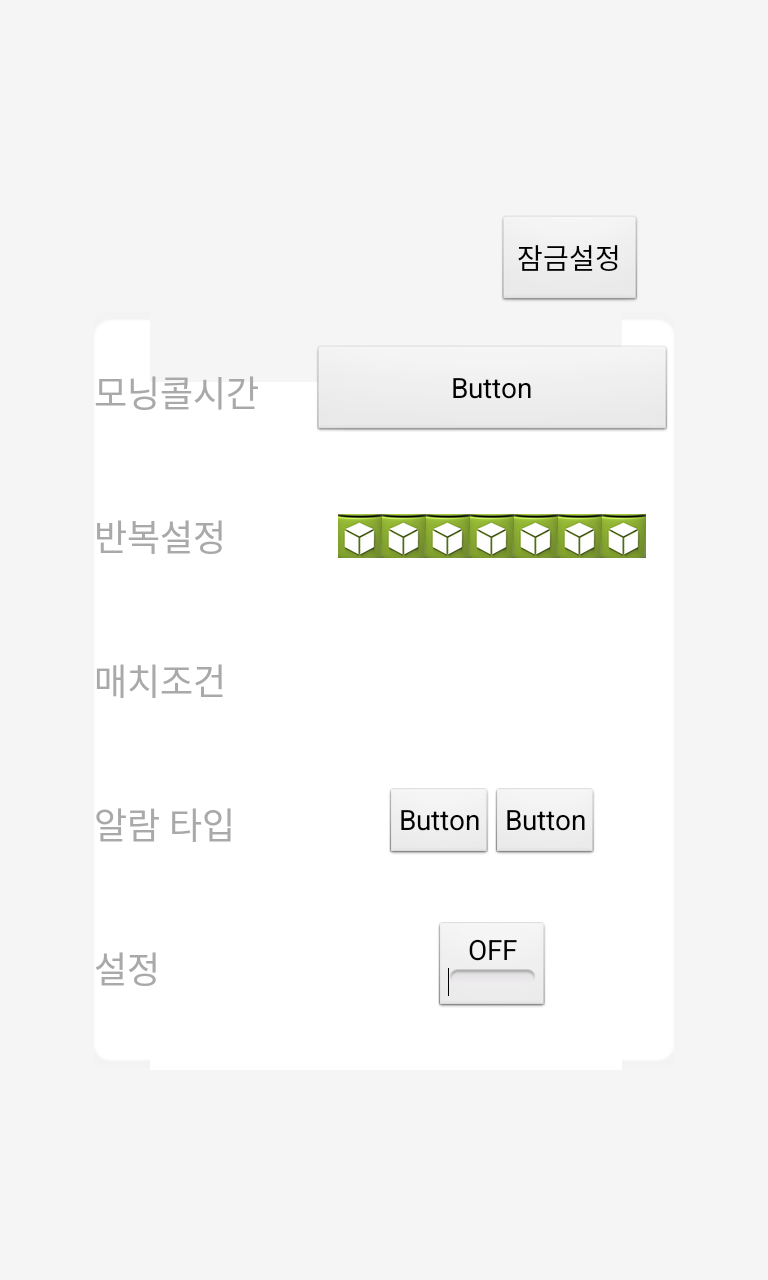
Repository: blacky512/smart_morning_call
Layout: client/SmartMorningCall/res/layout/randomcall_frag.xml
These files come from the project's save history. The layout is drawn as it stood at one moment and after the next save; the edit follows.
It is drawn on a 768 x 1280 px phone screen (xhdpi) without system bars, with theme android:Theme.NoTitleBar; the app's code is not run.

Above is the layout before, as saved 2013-02-19 11:37:00.

### client/SmartMorningCall/res/layout/randomcall_frag.xml
<RelativeLayout xmlns:android="http://schemas.android.com/apk/res/android"
    xmlns:tools="http://schemas.android.com/tools"
    android:layout_width="match_parent"
    android:layout_height="match_parent"
    android:background="#f5f5f5"
    tools:context=".RandomCallActivity" >

    <LinearLayout
        android:layout_width="310dp"
        android:layout_height="wrap_content"
        android:layout_centerInParent="true"
        android:layout_marginTop="26dp"
        android:orientation="vertical"
        android:padding="10dp">

        <RelativeLayout
            android:id="@+id/RelativeLayout1"
            android:layout_width="260dp"
            android:layout_height="50dp"
            android:layout_gravity="center_horizontal" >

            <Button
                android:id="@+id/button1"
                android:layout_width="wrap_content"
                android:layout_height="wrap_content"
                android:layout_alignParentBottom="true"
                android:layout_alignParentRight="true"
                android:text="잠금설정" />

        </RelativeLayout>

        <FrameLayout
            android:id="@+id/rcall_1"
            android:layout_width="300dp"
            android:layout_height="380dp"
            android:layout_gravity="center_horizontal"
            android:background="@drawable/te"
            android:padding="5dp" >

            <LinearLayout
                android:layout_width="match_parent"
                android:layout_height="360dp"
                android:orientation="vertical"
                android:padding="0dp" >

                <LinearLayout
                    android:layout_width="match_parent"
                    android:layout_height="0dp"
                    android:layout_weight="1" >

                    <TextView
                        android:id="@+id/textView1"
                        android:layout_width="0dp"
                        android:layout_height="wrap_content"
                        android:layout_gravity="center_vertical"
                        android:layout_weight="0.6"
                        android:text="모닝콜시간"
                        android:textAppearance="?android:attr/textAppearanceMedium"
                        android:textColor="#a9a9a9" />

                    <RelativeLayout
                        android:layout_width="0dp"
                        android:layout_height="wrap_content"
                        android:layout_gravity="center_vertical"
                        android:layout_weight="1" >

                        <Button
                            android:id="@+id/btn_settime"
                            android:layout_width="match_parent"
                            android:layout_height="wrap_content"
                            android:layout_centerHorizontal="true"
                            android:layout_weight="1"
                            android:text="Button" />
                    </RelativeLayout>
                </LinearLayout>

                <LinearLayout
                    android:layout_width="match_parent"
                    android:layout_height="0dp"
                    android:layout_weight="1" >

                    <TextView
                        android:id="@+id/textView2"
                        android:layout_width="0dp"
                        android:layout_height="wrap_content"
                        android:layout_gravity="center_vertical"
                        android:layout_weight="0.6"
                        android:text="반복설정"
                        android:textAppearance="?android:attr/textAppearanceMedium"
                        android:textColor="#a9a9a9" />

                    <RelativeLayout
                        android:id="@+id/RelativeLayout1"
                        android:layout_width="0dp"
                        android:layout_height="match_parent"
                        android:layout_gravity="center_vertical"
                        android:layout_weight="1" >

                        <LinearLayout
                            android:layout_width="wrap_content"
                            android:layout_height="wrap_content"
                            android:layout_centerInParent="true" >

                            <ImageButton
                                android:id="@+id/btn_mon"
                                android:layout_width="22dp"
                                android:layout_height="22dp"
                                android:src="@drawable/ic_launcher" />

                            <ImageButton
                                android:id="@+id/btn_tue"
                                android:layout_width="22dp"
                                android:layout_height="22dp"
                                android:src="@drawable/ic_launcher" />

                            <ImageButton
                                android:id="@+id/btn_wed"
                                android:layout_width="22dp"
                                android:layout_height="22dp"
                                android:src="@drawable/ic_launcher" />

                            <ImageButton
                                android:id="@+id/btn_thu"
                                android:layout_width="22dp"
                                android:layout_height="22dp"
                                android:src="@drawable/ic_launcher" />

                            <ImageButton
                                android:id="@+id/btn_fri"
                                android:layout_width="22dp"
                                android:layout_height="22dp"
                                android:src="@drawable/ic_launcher" />

                            <ImageButton
                                android:id="@+id/btn_sat"
                                android:layout_width="22dp"
                                android:layout_height="22dp"
                                android:src="@drawable/ic_launcher" />

                            <ImageButton
                                android:id="@+id/btn_sun"
                                android:layout_width="22dp"
                                android:layout_height="22dp"
                                android:src="@drawable/ic_launcher" />
                        </LinearLayout>
                    </RelativeLayout>
                </LinearLayout>

                <LinearLayout
                    android:layout_width="match_parent"
                    android:layout_height="0dp"
                    android:layout_weight="1" >

                    <TextView
                        android:id="@+id/textView3"
                        android:layout_width="0dp"
                        android:layout_height="wrap_content"
                        android:layout_gravity="center_vertical"
                        android:layout_weight="0.6"
                        android:text="매치조건"
                        android:textAppearance="?android:attr/textAppearanceMedium"
                        android:textColor="#a9a9a9" />

                    <RelativeLayout
                        android:layout_width="0dp"
                        android:layout_height="match_parent"
                        android:layout_weight="1" >

                        <LinearLayout
                            android:layout_width="match_parent"
                            android:layout_height="match_parent"
                            android:layout_centerHorizontal="true"
                            android:layout_centerVertical="true" >
                        </LinearLayout>
                    </RelativeLayout>
                </LinearLayout>

                <LinearLayout
                    android:layout_width="match_parent"
                    android:layout_height="0dp"
                    android:layout_weight="1" >

                    <TextView
                        android:id="@+id/textView4"
                        android:layout_width="0dp"
                        android:layout_height="wrap_content"
                        android:layout_gravity="center_vertical"
                        android:layout_weight="0.6"
                        android:text="알람 타입"
                        android:textAppearance="?android:attr/textAppearanceMedium"
                        android:textColor="#a9a9a9" />

                    <RelativeLayout
                        android:layout_width="0dp"
                        android:layout_height="match_parent"
                        android:layout_weight="1"
                        android:gravity="center_horizontal" >

                        <LinearLayout
                            android:layout_width="wrap_content"
                            android:layout_height="wrap_content"
                            android:layout_centerInParent="true" >

                            <Button
                                android:id="@+id/button2"
                                style="?android:attr/buttonStyleSmall"
                                android:layout_width="wrap_content"
                                android:layout_height="wrap_content"
                                android:layout_gravity="center_horizontal"
                                android:text="Button" />

                            <Button
                                android:id="@+id/button3"
                                style="?android:attr/buttonStyleSmall"
                                android:layout_width="wrap_content"
                                android:layout_height="wrap_content"
                                android:layout_gravity="center_horizontal"
                                android:text="Button" />
                        </LinearLayout>

                    </RelativeLayout>
                </LinearLayout>

                <LinearLayout
                    android:layout_width="match_parent"
                    android:layout_height="0dp"
                    android:layout_weight="1" >

                    <TextView
                        android:id="@+id/textView5"
                        android:layout_width="0dp"
                        android:layout_height="wrap_content"
                        android:layout_gravity="center_vertical"
                        android:layout_weight="0.6"
                        android:text="설정"
                        android:textAppearance="?android:attr/textAppearanceMedium"
                        android:textColor="#a9a9a9" />

                    <RelativeLayout
                        android:layout_width="0dp"
                        android:layout_height="match_parent"
                        android:layout_weight="1" >

                        <RelativeLayout
                            android:id="@+id/RelativeLayout1"
                            android:layout_width="match_parent"
                            android:layout_height="match_parent"
                            android:layout_centerInParent="true" >

                            <ToggleButton
                                android:id="@+id/onoff"
                                android:layout_width="wrap_content"
                                android:layout_height="wrap_content"
                                android:layout_centerInParent="true"
                                android:text="ToggleButton" />

                        </RelativeLayout>
                    </RelativeLayout>
                </LinearLayout>
            </LinearLayout>
        </FrameLayout>
    </LinearLayout>

</RelativeLayout>

After the next save:
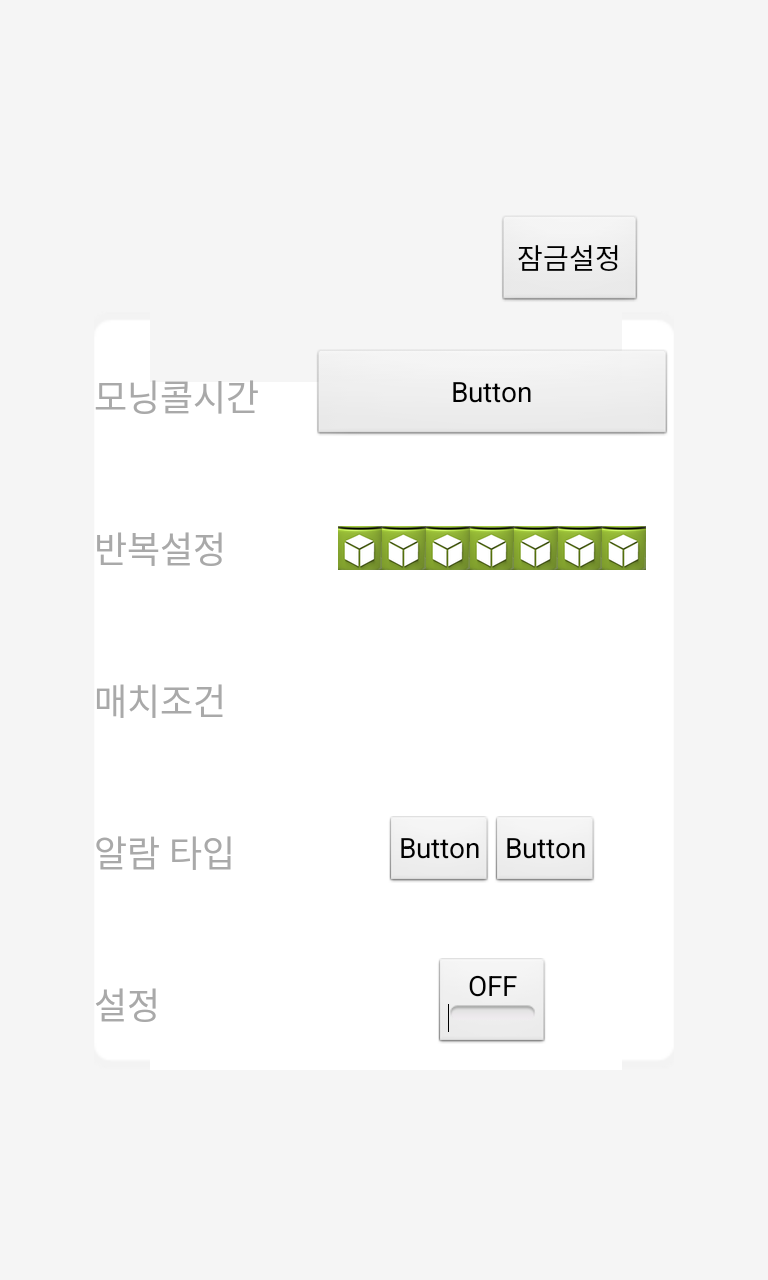
Saved 53 s later.
--- a/client/SmartMorningCall/res/layout/randomcall_frag.xml
+++ b/client/SmartMorningCall/res/layout/randomcall_frag.xml
@@ -39,7 +39,7 @@
 
             <LinearLayout
                 android:layout_width="match_parent"
-                android:layout_height="360dp"
+                android:layout_height="380dp"
                 android:orientation="vertical"
                 android:padding="0dp" >
 
